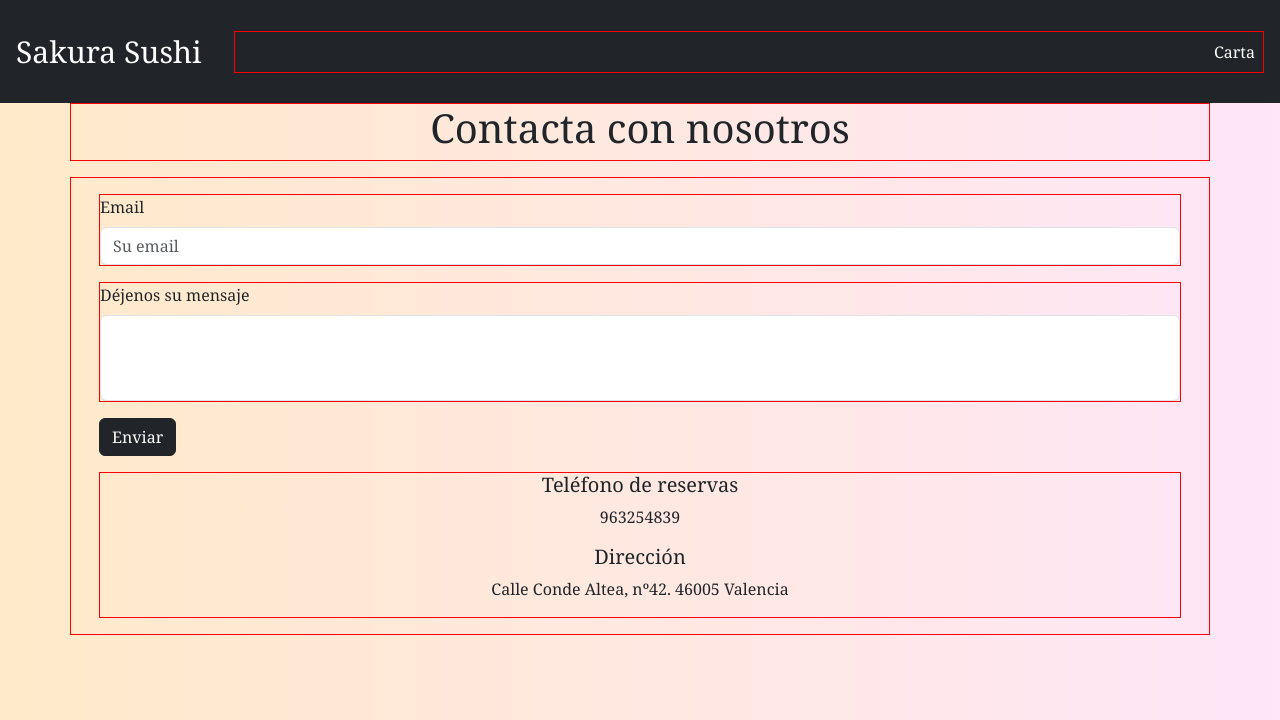
Repository: aipacheco/Fuji-restaurante
Page: contact.html
An editor plug-in stored every save of this project. The page is shown before and after the next save, followed by the edit.
The browser window is 1280 px wide. The pictures show the whole page.
Some web libraries are served in a nearby version.

Above is the page before, as saved 2024-01-27 11:50:22.

After the next save:
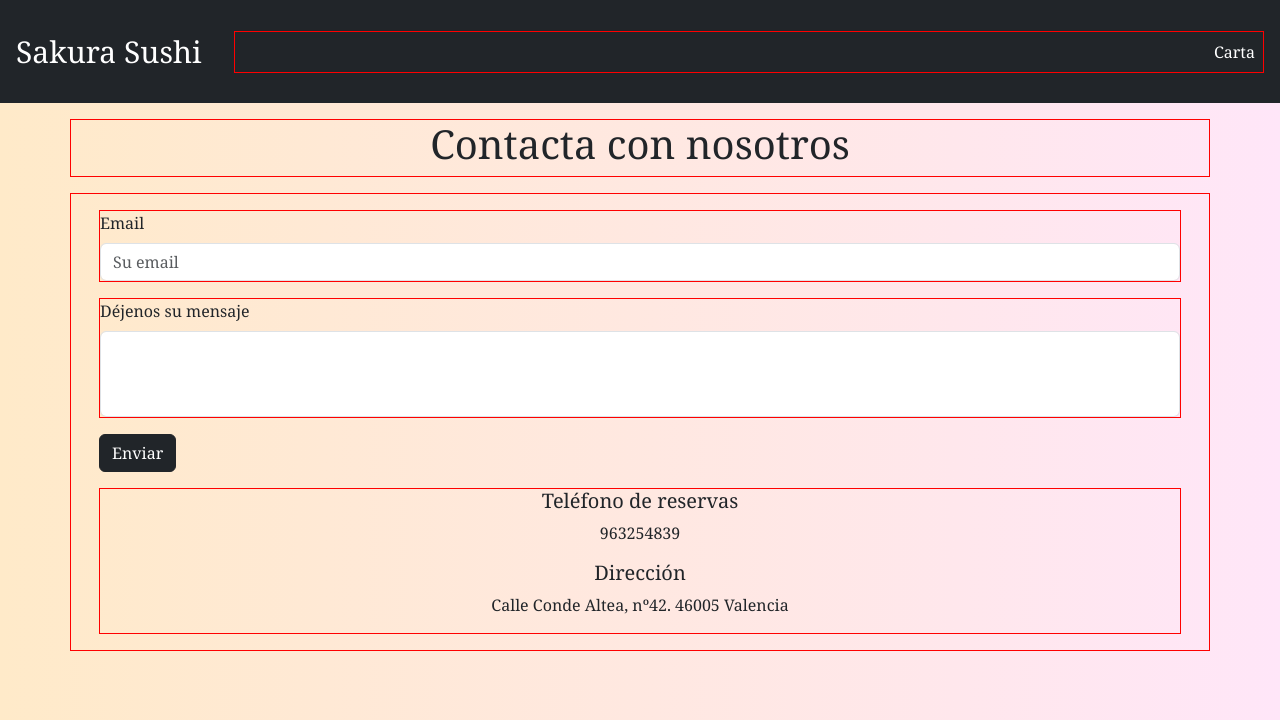
Saved 6 s later.
--- a/contact.html
+++ b/contact.html
@@ -45,7 +45,7 @@
       </div>
     </nav>
 
-    <div class="container text-center">
+    <div class="container text-center mt-3">
 
         <h1>Contacta con nosotros</h1>
 
